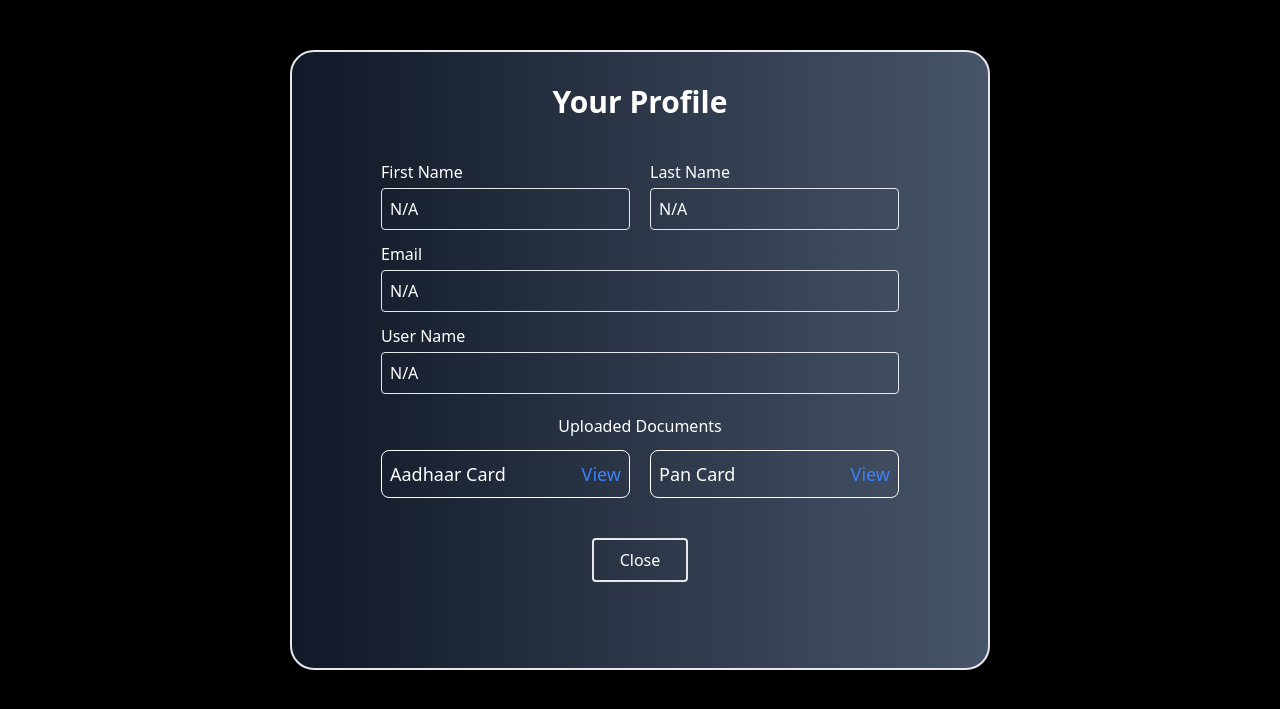
Repository: OmkarTidke8080/Assessment
Page: /view-profile (app in frontend/)
An editor plug-in stored every save of this project. The page is shown before and after the next save, followed by the edit.
The browser window is 1280 px wide. The pictures show the whole page.
The page's requests for data from a server got no answer. The project was rebuilt for these pictures with package versions that can differ from the ones it lists, and the page was loaded fresh each time. No one was signed in, and anything a server would have sent is missing. Also part of the build but not shown: frontend/vite.config.js, frontend/src/components/LandingPage.jsx, frontend/src/components/SignUp.jsx, frontend/src/components/SignIn.jsx, frontend/src/components/ResetPassword.jsx, frontend/src/components/HomePage.jsx, frontend/src/components/UpdateProfile.jsx, frontend/src/components/Logout.jsx.

Above is the page before, as saved 2024-10-20 12:42:08.

### frontend/src/App.jsx
import { useEffect, useState } from "react";
import "./App.css";
import LandingPage from "./components/LandingPage.jsx";
import SignUp from "./components/SignUp.jsx";
import { BrowserRouter, Routes, Route } from "react-router-dom";
import ScaleLoader from "react-spinners/ScaleLoader";
import SignIn from "./components/SignIn.jsx";
import ResetPassword from "./components/ResetPassword.jsx";
import HomePage from "./components/HomePage.jsx";
import ViewProfile from "./components/ViewProfile.jsx";
import UpdateProfile from "./components/UpdateProfile.jsx";
import Logout from "./components/Logout.jsx";

function App() {
  const [isLoading, setIsLoading] = useState(true);

  useEffect(() => {
    const timer = setTimeout(() => {
      setIsLoading(false);
    }, 2000);

    return () => clearTimeout(timer);
  });
  return (
    <>
      {isLoading ? (
        <div
          style={{
            display: "flex",
            justifyContent: "center",
            alignItems: "center",
            height: "100vh",
            backgroundColor: "#fff",
          }}
        >
          {" "}
          <ScaleLoader />
        </div>
      ) : (
        <BrowserRouter>
          <Routes>
            <Route path={"/"} element={<LandingPage />} />
            <Route path={"/home-page"} element={<HomePage />} />
            <Route path={"/view-profile"} element={<ViewProfile />} />
            <Route path={"/update-profile"} element={<UpdateProfile />} />
            <Route path={"/sign-up"} element={<SignUp />} />
            <Route path={"/sign-in"} element={<SignIn />} />
            <Route path={"/logout"} element={<Logout />} />
            <Route path={"/reset-pass"} element={<ResetPassword />} />

          </Routes>
        </BrowserRouter>
      )}
    </>
  );
}

export default App;

### frontend/src/App.css
html, body {
  height: 100%;
  margin: 0;
}

#root {
  background: #000;
  min-height: 100vh; /* Use 100vh for full viewport height */
}

### frontend/src/components/ViewProfile.jsx
import React, { useEffect, useState } from "react";
import { useNavigate } from "react-router-dom";
import axios from "axios";

function ViewProfile() {
  const navigate = useNavigate();

  const [viewProfile, setViewProfile] = useState({});

  useEffect(() => {
    const getUserDetails = async () => {
      try {
        const response = await axios.get(
          "http://localhost:3000/api/user/userDetails/tusharthakan2@gmail.com",
          {
            headers: {
              "Content-Type": "application/json",
            },
            withCredentials: true,
          }
        );

        setViewProfile({
          userData: response.data.userDetails,
        });
      } catch (error) {}
    };

    getUserDetails();
  }, [setViewProfile]);

  return (
    <>
      <div className="flex justify-center items-center h-screen">
        <div className="form h-[620px] w-[700px] border-2 rounded-3xl text-white  bg-gradient-to-r from-gray-900 to-slate-600 ">
          <div className="form-heading text-center mt-8 mb-6">
            <h1 className="text-3xl font-bold text-white mb-2">Your Profile</h1>
          </div>
          <form>
            <div className="flex justify-center mt-10 ">
              <div>
                <div className="flex w-full gap-x-5 ">
                  <div className="w-1/2">
                    <label htmlFor="username" className=" flex mb-1">
                      First Name
                    </label>
                    <input
                      type="text"
                      id="FistName"
                      value={viewProfile?.userData?.FirstName || "N/A"}
                      className=" text-white bg-inherit  w-full flex border rounded p-2"
                      required
                    />
                  </div>
                  <div className="w-1/2">
                    <label htmlFor="password" className="flex mb-1">
                      Last Name
                    </label>
                    <input
                      type="text"
                      id="LastName"
                      value={viewProfile?.userData?.LastName || "N/A"}
                      className="text-white bg-inherit w-full flex border rounded p-2"
                      required
                    />
                  </div>
                </div>

                <div className="mt-3">
                  <label htmlFor="email" className=" flex mb-1">
                    Email
                  </label>
                  <input
                    type="text"
                    id="Email"
                    value={viewProfile?.userData?.Email || "N/A"}
                    className="text-white bg-inherit w-full flex border rounded p-2"
                    required
                  />
                </div>
                <div className="mt-3 w-full ">
                  <label htmlFor="username" className=" flex mb-1">
                    User Name
                  </label>
                  <input
                    type="text"
                    id="UserName"
                    value={viewProfile?.userData?.UserName || "N/A"}
                    className="text-white bg-inherit w-full flex border rounded p-2"
                    required
                  />
                </div>

                <div className="flex justify-center mt-5">
                  <h2>Uploaded Documents</h2>
                </div>

                <div className="flex  gap-x-5 mt-3">
                  <div className="flex justify-between items-center w-1/2 border border-white rounded-lg p-2 h-12">
                    <h2 className="text-lg">Aadhaar Card</h2>
                    <h2 className="text-lg text-blue-500 cursor-pointer">
                      View
                    </h2>
                  </div>

                  <div className="flex justify-between items-center w-1/2 border border-white rounded-lg p-2 h-12">
                    <h2 className="text-lg">Pan Card</h2>
                    <h2 className="text-lg text-blue-500 cursor-pointer">
                      View
                    </h2>
                  </div>
                </div>

                <div className="sign-up-button flex justify-center m-10">
                  <button
                    onClick={() => {
                      navigate("/home-page");
                    }}
                    className="border-2 rounded p-2 w-24 hover:border-green-700 "
                  >
                    Close
                  </button>
                </div>
              </div>
            </div>
          </form>
        </div>
      </div>
    </>
  );
}

export default ViewProfile;

Loaded but not shown: frontend/index.html (common file); frontend/src/main.jsx (common file); frontend/src/index.css (common file); frontend/tailwind.config.js (common file)

After the next save:
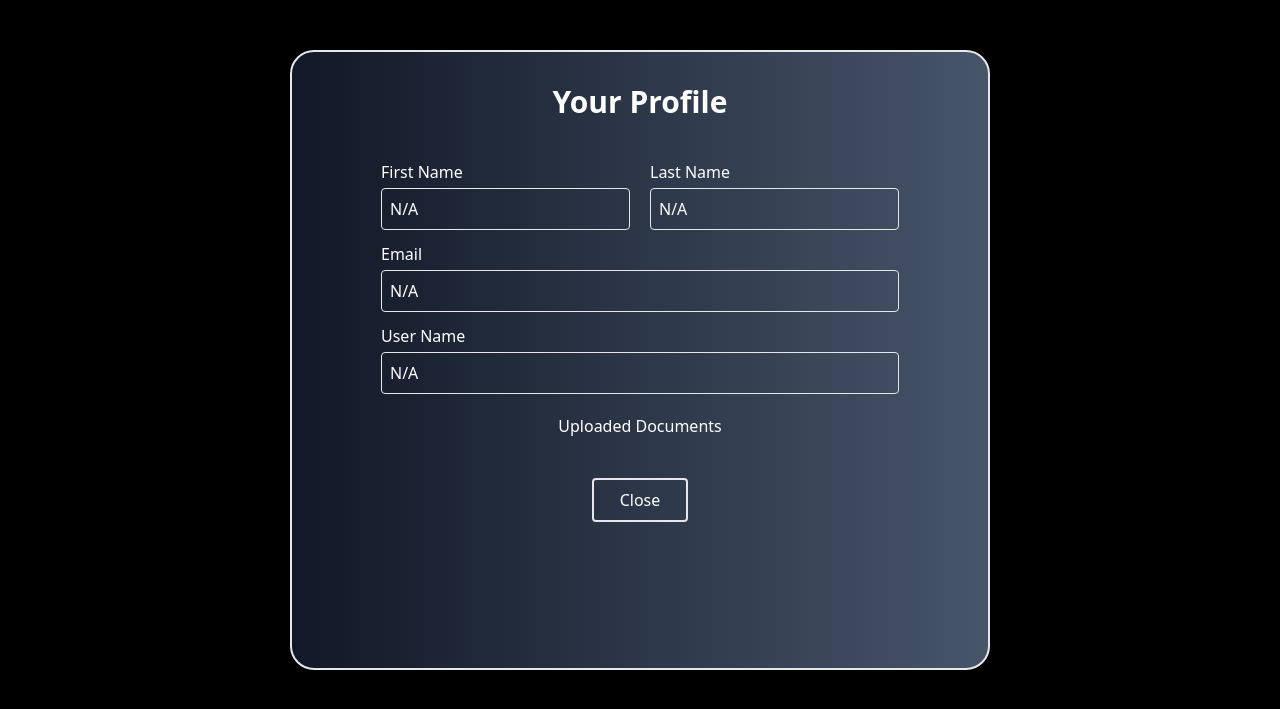
Saved 9 min 55 s later.
--- a/frontend/src/components/ViewProfile.jsx
+++ b/frontend/src/components/ViewProfile.jsx
@@ -95,7 +95,7 @@ function ViewProfile() {
                   <h2>Uploaded Documents</h2>
                 </div>
 
-                <div className="flex  gap-x-5 mt-3">
+                {/* <div className="flex  gap-x-5 mt-3">
                   <div className="flex justify-between items-center w-1/2 border border-white rounded-lg p-2 h-12">
                     <h2 className="text-lg">Aadhaar Card</h2>
                     <h2 className="text-lg text-blue-500 cursor-pointer">
@@ -109,7 +109,7 @@ function ViewProfile() {
                       View
                     </h2>
                   </div>
-                </div>
+                </div> */}
 
                 <div className="sign-up-button flex justify-center m-10">
                   <button
